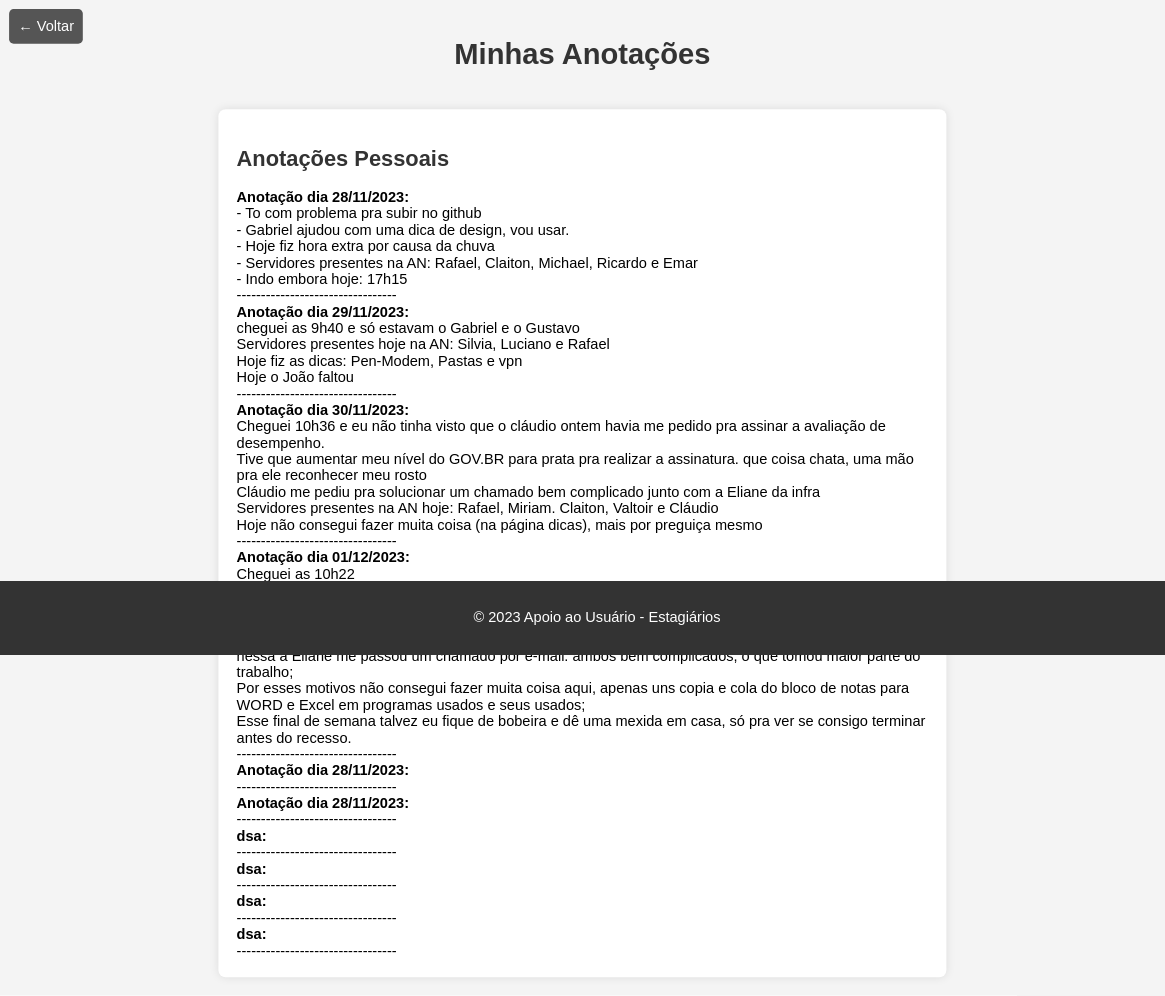
Repository: I4guito/dicasdez
Page: Dicas site/Mais/anotações pessoais de iago/antpessoal.html
These files come from the project's save history. The page is drawn as it stood at one moment and after the next save; the edit follows.
The browser window is 1280 px wide. The pictures show the whole page, at 91% of full size.

Above is the page before, as saved 2023-12-01 17:28:20.

After the next save:
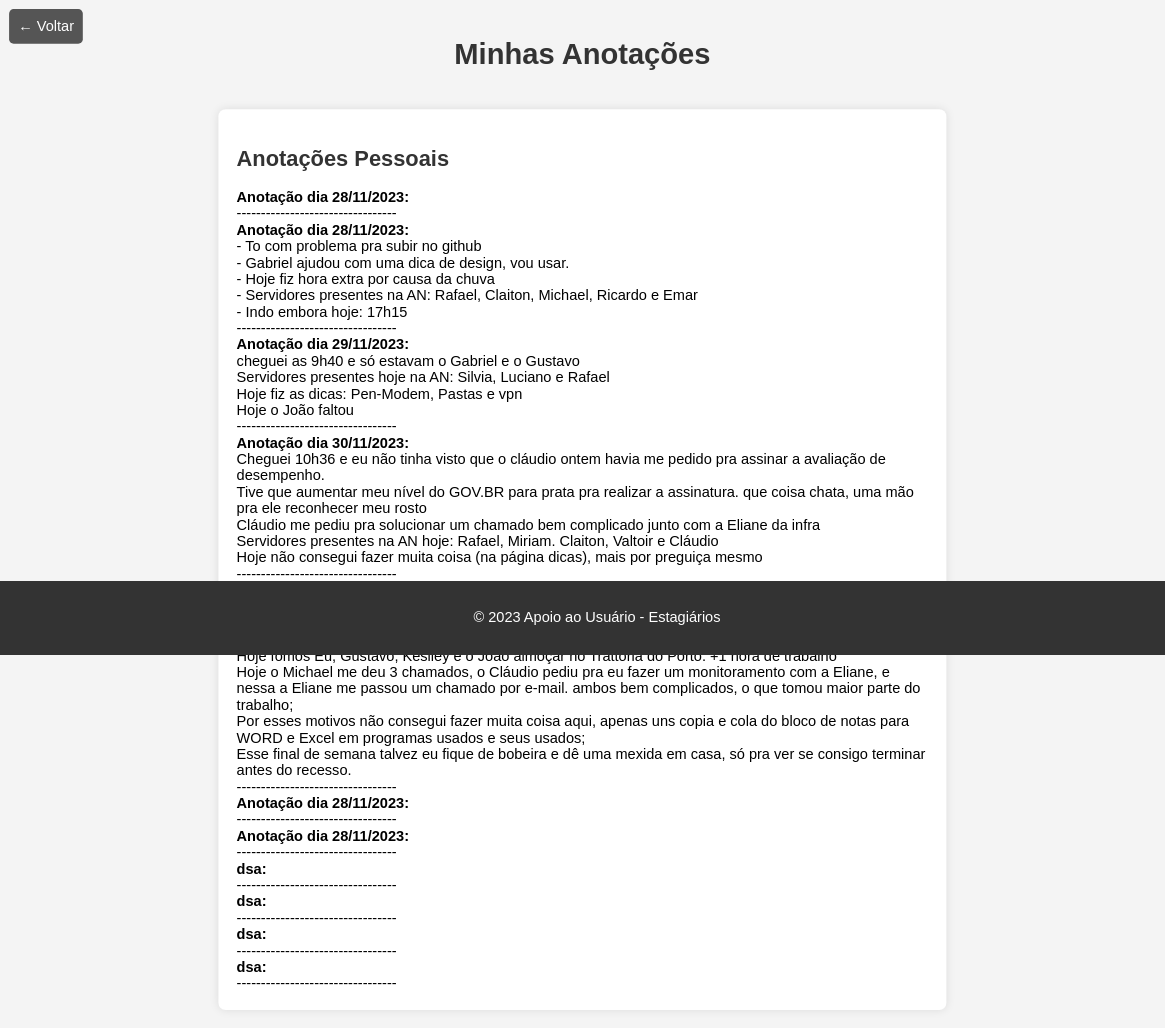
Saved 59 s later.
--- a/Dicas site/Mais/anotações pessoais de iago/antpessoal.html
+++ b/Dicas site/Mais/anotações pessoais de iago/antpessoal.html
@@ -15,6 +15,12 @@
             <main>
                 <section class="notes">
                     <h2>Anotações Pessoais</h2>
+
+                    <div class="anot">
+                        <strong>Anotação dia 28/11/2023: </strong>
+
+                    </div>
+                    ---------------------------------
 
                     <div class="anot">
                         <strong>Anotação dia 28/11/2023:</strong>
